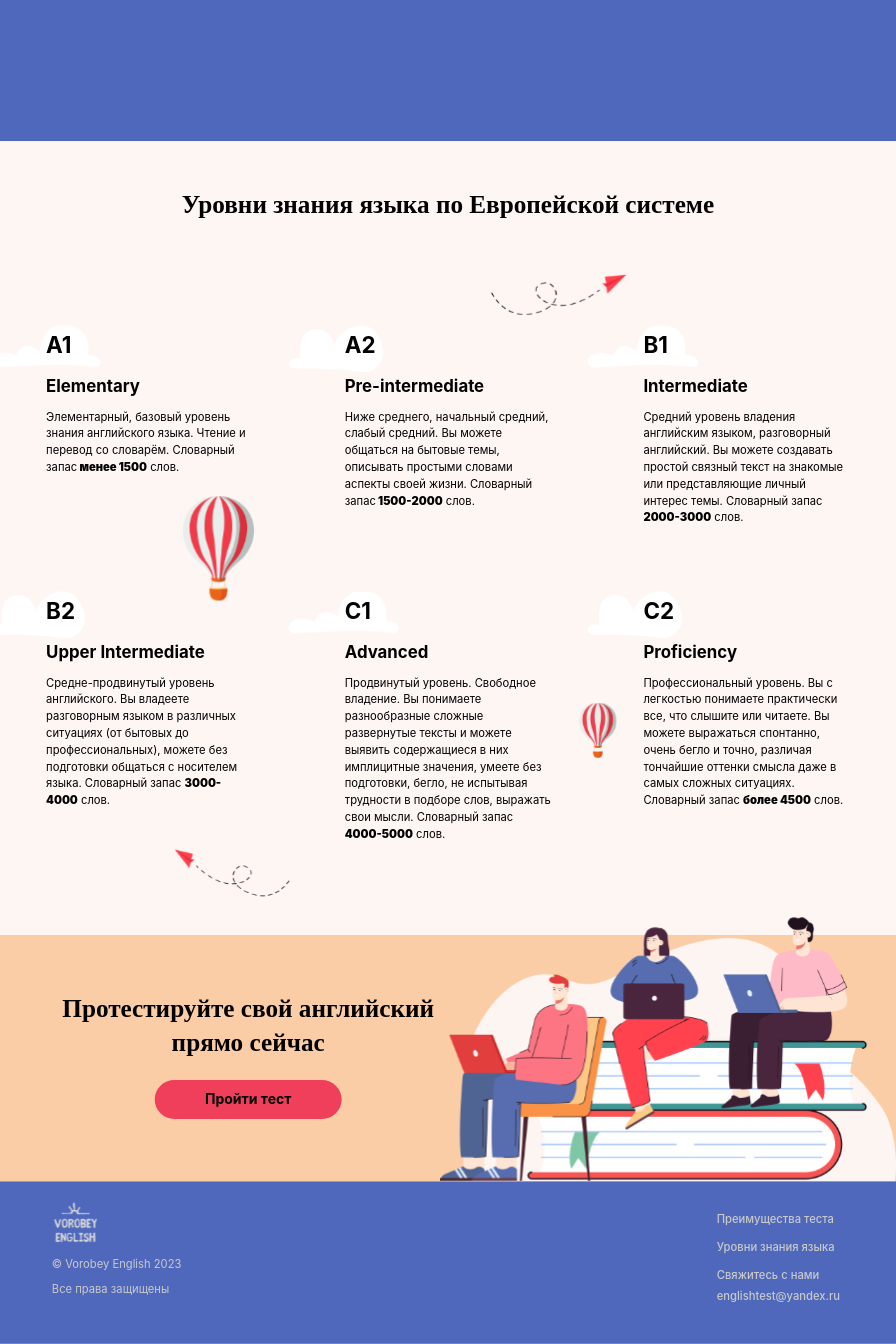
Repository: WladimirVA/PP-01-01_Dandelions
Page: Index.html
The author's editor kept a copy of each file at every save. The page is drawn from the files as they stood at one save, then again after the next save.
The browser window is 1280 px wide. The pictures show the part of the page from y = 2004 to 3924 px (the page is 3924 px tall), at 70% of full size.

Above is the page before, as saved 2023-02-14 17:59:32.

### Index.html
<!DOCTYPE html>
<html lang="ru">
<head>
    <meta charset="UTF-8">
    <meta http-equiv="X-UA-Compatible" content="IE=edge">
    <meta name="viewport" content="width=device-width, initial-scale=1.0">
    <link href="./static/css/style.css" rel="stylesheet" type="text/css">
    <link href="./static/css/fonts.css" rel="stylesheet" type="text/css">
    <link rel="icon" sizes="16x16" href="./static/img/Иконка _Лого_ (1_1).svg" type="image/x-icon">
    <title>Dandelions</title>
</head>
<body>
    <!-- <script src="./js/scrollButton.js"></script> -->
    <header class="header" di="HOME">
        <div class="section">
            <div class="section-header">
                <div class="logo">
                    <img src="./static/img/Иконка _Лого_ (1).svg">
                </div>
                <nav>
                    <ul class="header-nav">
                        <li><a class="link" href="#ADVAN_TEST">Преимущества теста</a></li>
                        <li><a class="link" href="#LANGUAGE_LEVELS">Уровни знания языка</a></li>
                        <li><a class="link" href="#FOOTER">Свяжитесь с нами</a></li>
                        <li><a class="link" href="#">О проекте</a></li>
                    </ul>
                </nav>
            </div>
        </div>
    </header>
    <main>
        <section class="HOME">
        <div class="section">
            <div class="content">
                <h1 class="title">
                    проверь свой уровень <br>английского
                </h1>
                <div class="section-home">

                    <div class="title-home">

                        <p class="home_p">
                            Пройдите наш <span  style="font-weight:900"> бесплатный <br></span> онлайн-тест и узнайте свой уровень <br>владения английским языком
                        </p>
                        <ul class="home_ul">
                            <li class="home_li"><img class="check" src="./static/img/Иконка _Галочка_ 3.svg">Без регистрации</li>
                            <li class="home_li"><img class="check" src="./static/img/Иконка _Галочка_ 3.svg">Без ограничений по времени</li>
                            <li class="home_li"><img class="check" src="./static/img/Иконка _Галочка_ 3.svg">По международным стандартам</li>
                        </ul>
                        <div class="buttonsHome">
                            <form action="./name.html">
                                <button class="button_home">Пройти тест</button>
                            </form>
                        </div>
                    </div>
                    <div class="image-home">
                        <img src="./static/img/иллюстр 6 (1).svg">
                    </div>
                </div>
            </div>

        </div>
        </section>
        <section class="WHY-TEST">
            <div class="section">
                <div class="">
                    <div class="section-home-1">
                        <h1 class="title_2">Почему важно знать<br>свой уровень английского?</h1>
                        <div class="section-home-2">
                            <div class="image-home-2">
                                <img src="./static/img/иллюстр 2 1.svg">
                            </div>
                            <div class="home_p home-text">
                                <p>Если Вы решили улучшить свой английский, перед началом обучения всегда надо определить свой уровень знаний.</p>
                                <p class="p-text">Тест на определение уровня английского языка позволяет понять, с какого уровня следует начинать занятия, помогает преподавателю грамотно составить программу обучения, оценить сильные стороны ученика.</p>
                            </div>
                        </div>
                    </div>
                </div>
            </div>
        </section>
        <section class="ADVAN_TEST" id="ADVAN_TEST">
            <div class="section">
                <div class="content">
                    <div class="content_img">
                        <img class="rot-sheet" src="./static/img/shestirenki/Vector (3).png">
                        <img class="rot-sheet-1" src="./static/img/shestirenki/Vector (4).png">
                        <img class="rot rot-img1" src="./static/img/shestirenki/Vector (5).svg">
                        <img class="rot1 rot-img2" src="./static/img/shestirenki/Vector (7).svg">
                        <img class="rot rot-img3" src="./static/img/shestirenki/Vector (6).svg">
                    </div>
                    <div class="text_test">
                        <h1 class="title_3">Преимущества тестирования</h1>
                    </div>
                    <div class="content-ADVAN_TEST">
                        <div class="quality test-info">
                            <img src="./static/img/Mask group 1.svg">
                            <h3 class="advan-test">Стандарт качества</h3>
                            <p class="advan-test-p">Тест содержит 60 вопросов и разработан в соответствии с международной классификацией CEFR*. </p>
                        </div>
                        <div class="free test-info">
                            <img src="./static/img/Mask group2 1.svg">
                            <h3 class="advan-test">Полностью бесплатно</h3>
                            <p class="advan-test-p">Проверьте свой уровень английского бесплатно — регистрироваться и вводить email не нужно.</p>
                        </div>
                        <div class="availability test-info">
                            <img src="./static/img/Mask group1 1.svg">
                            <h3 class="advan-test">Доступность</h3>
                            <p class="advan-test-p">Тестирование можно пройти с любого устройства: компьютера, планшета или смартфона. Нужен только интернет.</p>
                        </div>
                    </div>
                    <p class="advan-test-p advan-test-p-2">*Общеевропейские компетенции владения иностранным языком (CEFR) – признанный во всём мире стандарт для описания уровней владения иностранным языком. </p>
                </div>
            </div>
        </section>
        <section class="LANGUAGE_LEVELS" id="LANGUAGE_LEVELS">
            <div class="section">
                <div class="content">
                    <div class="text_test">
                        <h1 class="title_3">Уровни знания языка по Европейской системе</h1>
                        <img src="./static/img/иллюстр 1 1.svg">
                    </div>
                    <div class="container">
                        <div class="box-1 container-box">
                            <img class="cloud" src="./static/img/Vector 5.svg">
                            <h3>А1</h3>
                            <p class="container-box-p">Elementary</p>
                            <p class="container-box-p2">Элементарный, базовый уровень знания английского языка. Чтение и перевод со словарём. Словарный запас<span  style="font-weight:900"> менее 1500</span> слов.</p>
                            <img class="ball" src="./static/img/иллюстр 3 1.svg">
                        </div>
                        <div class="box-1 container-box">
                            <img class="cloud" src="./static/img/Vector 1 1.png">
                            <h3>А2</h3>
                            <p class="container-box-p">Pre-intermediate</p>
                            <p class="container-box-p2">Ниже среднего, начальный средний, слабый средний. Вы можете общаться на бытовые темы, описывать простыми словами аспекты своей жизни. Словарный запас<span  style="font-weight:900"> 1500-2000</span> слов.</p>
                        </div>
                        <div class="box-1 container-box">
                            <img class="cloud" src="./static/img/Vector 5.svg">
                            <h3>B1</h3>
                            <p class="container-box-p">Intermediate</p>
                            <p class="container-box-p2">Средний уровень владения английским языком, разговорный английский. Вы можете создавать простой связный текст на знакомые или представляющие личный интерес темы. Словарный запас<span  style="font-weight:900"> 2000-3000</span> слов.</p>
                        </div>
                        <div class="box-1 container-box">
                            <img class="cloud" src="./static/img/Vector 1 1.png">
                            <h3>B2</h3>
                            <p class="container-box-p">Upper Intermediate</p>
                            <p class="container-box-p2">Средне-продвинутый уровень английского. Вы владеете разговорным языком в различных ситуациях (от бытовых до профессиональных), можете без подготовки общаться с носителем языка. Словарный запас <span  style="font-weight:900">3000-4000</span> слов.</p>
                            <img class="ball-2" src="./static/img/иллюстр 5 1.svg">
                        </div>
                        <div class="box-1 container-box">
                            <img class="cloud" src="./static/img/Vector 5.svg">
                            <h3>C1</h3>
                            <p class="container-box-p">Advanced</p>
                            <p class="container-box-p2">Продвинутый уровень. Свободное владение. Вы понимаете разнообразные сложные развернутые тексты и можете выявить содержащиеся в них имплицитные значения, умеете без подготовки, бегло, не испытывая трудности в подборе слов, выражать свои мысли. Словарный запас <span  style="font-weight:900">4000-5000</span> слов.</p>
                            <img class="ball-3" src="./static/img/иллюстр 4 1.svg">
                        </div>
                        <div class="box-1 container-box">
                            <img class="cloud" src="./static/img/Vector 1 1.png">
                            <h3>C2</h3>
                            <p class="container-box-p">Proficiency</p>
                            <p class="container-box-p2">Профессиональный уровень. Вы с легкостью понимаете практически все, что слышите или читаете. Вы можете выражаться спонтанно, очень бегло и точно, различая тончайшие оттенки смысла даже в самых сложных ситуациях. Словарный запас <span  style="font-weight:900">более 4500</span> слов.</p>
                        </div>
                      </div>
                </div>
            </div>
        </section>
        <section class="TEST">
            <div class="section">
                <div class="content">
                    <div class="test-now">
                        <div class="test-now-text">
                            <h1 class="title_3">Протестируйте свой английский<br> прямо сейчас</h1>
                            <form href="" action="./name.html">
                                <button class="button test_button">Пройти тест</button>
                            </form>
                            <!-- <button class="button test_button" type="submit">Пройти тест</button> -->
                        </div>
                        <div class="test-now-img">
                            <img src="./static/img/Group 78 1 (1).svg">
                        </div>
                    </div>
                </div>
            </div>
        </section>
    </main>
    <footer class="FOOTER" id="FOOTER">
        <div class="section">
            <div class="section-footer">
                <div class="footer-logo">
                    <img src="./static/img/Vector (3).svg">
                    <p class="footer-logo-p">© Vorobey English 2023</p>
                    <p class="footer-logo-p2">Все права защищены</p>
                </div>
                <div class="footer-navi">
                    <nav>
                        <ul class="footer-nav">
                            <li><a class="footer-link" href="#ADVAN_TEST">Преимущества теста</a></li>
                            <li><a class="footer-link" href="#LANGUAGE_LEVELS">Уровни знания языка</a></li>
                            <li><a class="footer-link" href="#FOOTER">Свяжитесь с нами</a></li>
                        </ul>
                    </nav>
                    <p><a class="footer-link" href="mailto:englishtest@yandex.ru">englishtest@yandex.ru</a></p>
                </div>

            </div>
        </div>
    </footer>
</body>
<!-- <script>
const goTopBtn = document.querySelector(".button");

goTopBtn.addEventListener("click", goTop);

function goTop() {

  if (window.pageYOffset > 0) {
    window.scrollBy(0, -10); // второй аргумент - скорость
    setTimeout(goTop, 0); // входим в рекурсию
  }
}

$(function() {

});
</script> -->
</html>

### static/css/style.css
body {
    scroll-behavior: smooth;
    align-items: center;
    width: 100%;
    max-width: 1366px;
    margin: auto;
    font-family: 'Inter', 'Work Sans', "NunitoSans-Light", Arial, Helvetica, sans-serif;
}

.section {
    margin: 0 auto;
    max-width: 1366px;
}

* {
    margin: 0;
    padding: 0;
}
.header {
    margin-left: 59px;
    margin-right: 92px;
    background-color: #FEF6F3;
}
.section-header {
    justify-content: space-between;
    height: 83px;
    width: 100%;
    display: flex;
    align-items: center;
}
.logo {
    width: 84px;
    height: auto;
}
.header-nav {
    display: flex;
    list-style-type: none;
}
.link {
    text-decoration: none;
    /* cursor: pointer; */
    font-family: 'Inter';
    font-weight: 500;
    font-size: 16px;
    line-height: 19px;
    color: #000000;
}
.header-nav li {
    margin-right: 35px;
}

.HOME {
    margin-top: 64px;
    margin-left: 93px;
    margin-right: 92px;
    background-color: #FEF6F3;
}
.section-home {
    align-items: center;
    display: flex;
    justify-content: space-between;
    margin-top: -90px;
}


.title {
    font-family: 'Work Sans';
    font-style: normal;
    font-weight: 600;
    font-size: 40px;
    line-height: 48px;
    display: flex;
    align-items: center;
    letter-spacing: 0.02em;
    text-transform: uppercase;
}
.home_p {
    font-family: 'Work Sans';
    font-style: normal;
    font-weight: 400;
    font-size: 20px;
    line-height: 24px;
    margin-top: 43px;
}

.home_ul {
    margin-top: 35px;
}
.home_li {
    list-style-type: none;
    margin-top: 12px;
    font-family: 'Inter';
    font-style: normal;
    font-weight: 400;
    font-size: 16px;
    line-height: 20px;
}

.check {
    margin-bottom: -7px;
    margin-right: 16px;
}

.buttonsHome {
    margin-top: 68px;
}
.button_home {
    background: #FBC815;
    border-radius: 50px;
    width: 267px;
    height: 56px;
    font-family: 'Inter';
    font-style: normal;
    font-weight: 700;
    font-size: 20px;
    line-height: 24px;
    border: 0;
    cursor: pointer;
}

.button_home:hover {
    background-color: #BC9F3B;
}

.button_home:active {
    background-color: #FDE07D;
}

.image-home {
    max-width: 747px;
    max-height: 496px;
}

.title_2 {
    display: block;
    margin-top: 100px;
    padding-top: 68px;
    text-transform: none;
    font-family: 'Work Sans';
    font-style: normal;
    font-weight: 800;
    font-size: 36px;
    line-height: 48px;
    align-items: center;
    text-align: center;
}

.WHY-TEST {
    background-color: #FDE4D3;
    Height: 616px;
}

.section-home-2 {
    align-items: center;
    display: flex;
    justify-content: space-around;
    margin-top: 20px;
}

.home-text {
    width: 490px;
}

.p-text {
    margin-top: 32px;
}

.ADVAN_TEST {
    background: #4F68BB;
    color: white;
    height: 712px;
    padding-top: 63px;
    /* margin-top: 120px; */
}

.content_img {
    margin-top: -215px;
    text-align: end;
    margin-right: 50px;
}

.rot-sheet {
    margin: 0 -34px 90px 0px;
}

.rot-sheet-1 {
    margin: 0 -35px 90px 0px;
}

.rot-img1 {
    width: 117px;
    margin-top: 11px;
    margin-right: -20px;
}

.rot-img2 {
    width: 65px;
    margin-bottom: -35px;
}

.rot-img3 {
    width: 78px;
    margin-bottom: 20px;
    margin-left: -20px;
}

img.rot {
    animation: 1s linear 0s normal none infinite running rot;
    -webkit-animation: 4s linear 0s normal none infinite running rot;
    /* width: 100px; */
  }
  @keyframes rot {
    0% {
      transform: rotate(0deg);
    }
    100% {
      transform: rotate(360deg);
    }
  }
  @-webkit-keyframes rot {
    0% {
      transform: rotate(0deg);
    }
    100% {
      transform: rotate(360deg);
    }
  }

  img.rot1 {
    animation: 1s linear 0s normal none infinite running rot1;
    -webkit-animation: 4s linear 0s normal none infinite running rot1;
    /* width: 100px; */
  }
  @keyframes rot1 {
    0% {
      transform: rotate(360deg);
    }
    100% {
      transform: rotate(0deg);
    }
  }
  @-webkit-keyframes rot1 {
    0% {
      transform: rotate(0deg);
    }
    100% {
      transform: rotate(360deg);
    }
  }


.content-ADVAN_TEST {
    display: flex;
    justify-content: space-evenly;
    margin-top: 75px;
}

.test-info {
   width: 300px;
}



.title_3 {
    display: block;
    text-transform: none;
    font-family: 'Work Sans';
    font-style: normal;
    font-weight: 800;
    font-size: 36px;
    line-height: 48px;
    align-items: center;
    text-align: center;
}

.advan-test {
    margin: 30px 0 30px 0;
    font-style: normal;
    font-weight: 700;
    font-size: 24px;
    line-height: 32px;
}

.advan-test-p {
    font-style: normal;
    font-weight: 400;
    font-size: 18px;
    line-height: 24px;
}

.advan-test-p-2 {
    margin: 65px 0 0 115px;
    max-width: 1117px;
}

.container {
    display: grid;
    grid-template-columns: repeat(3, 295px);
    justify-items: stretch;
    justify-content: space-around;;
    grid-template-rows: 100px 100px 100px;
    row-gap:  280px;
    margin-top: -30px;
}

.text_test img {
    margin-left: 700px;
}

.container-box h3 {
    font-style: normal;
    font-weight: 700;
    font-size: 32px;
    line-height: 36px;
}

.container-box-p {
    font-style: normal;
    font-weight: 700;
    font-size: 24px;
    line-height: 32px;
    margin: 60px 0 15px 0;
}

.container-box-p2 {
    font-style: normal;
    font-weight: 400;
    font-size: 16px;
    line-height: 24px;
}

.LANGUAGE_LEVELS {
    background-color:  #FEF6F3;
}

.content {
    padding-top: 66px;
}

.container-box {
    position: relative;
}

.box-1 h3 {
    position: absolute;
}

.cloud {
    margin: -11px 0 0 -80px;
    position: absolute;
}

.ball {
    display: block;
    position: inherit;
    margin-left:195px;
    margin-top: 30px;
}

.ball-2 {
    margin-left: 180px;
}

.ball-3 {
    display: block;
    margin-left: 335px;
    margin-top: -199px;
}

.button {
    text-align: center;
    background: #F03F5A;
    cursor: pointer;
    border-radius: 30px;
    border: 0;
}

.TEST {
    background-color: #FBCDA6;
    height: 352px;
}

.test_button {
    margin-top: 30px;
    width: 267px;
    height: 56px;
    font-family: 'Inter';
    font-style: normal;
    font-weight: 700;
    font-size: 20px;
    line-height: 24px;
}

.test_button:hover {
    background-color: #B45060;
}

.test_button:active {
    background-color: #F893A3;
}

.test-now {
    display: flex;
    justify-content: space-between;
    margin-left: 89px;
}

.test-now-text {
    text-align: center;
    margin-top: 15px;
}

.test-now-img {
    margin-top: -159px;
}

.FOOTER {
    background: #4F68BB;
    height: 232px;
    color: #C9C9C9;
}

.footer-logo-p {
    margin-top: -65px;
    margin-left: 74px;
}

.footer-logo-p2 {
    margin-top: 16px;
    margin-left: 74px;
}


.section-footer {
    display: flex;
    justify-content: space-between;
    align-items: center;
    max-width: 1200px;
}

.footer-logo {
    margin-top: -37px;
}

.footer-logo img {
    margin-top: -20px;
}

.footer-navi {
    margin-top: 34px;
}

.footer-nav {
    display: grid;
    list-style-type: none;
    line-height: 2.5;
}

.footer-link {
    text-decoration: none;
    font-family: 'Inter';
    font-weight: 500;
    font-size: 16px;
    line-height: 19px;
    color: #C9C9C9;
    list-style-type: none;
}

### static/css/fonts.css
/* @import url('https://fonts.googleapis.com/css2?family=Work+Sans:ital,wght@0,600;0,800;1,800&display=swap'); */


/* @import url('https://fonts.googleapis.com/css2?family=Inter:wght@400;500;600;700;800&family=Work+Sans:ital,wght@0,600;0,800;1,800&display=swap'); */

/*
@import url('https://fonts.googleapis.com/css2?family=Inter:wght@100;200;300;400;500;600;700;800;900&display=swap');

@import url('https://fonts.googleapis.com/css2?family=Inter:wght@100;200;300;400;500;600;700;800;900&family=Work+Sans:ital,wght@0,100;0,200;0,300;0,400;0,500;0,600;0,700;0,800;0,900;1,100;1,200;1,300;1,400;1,500;1,600;1,700;1,800;1,900&display=swap'); */

After the next save:
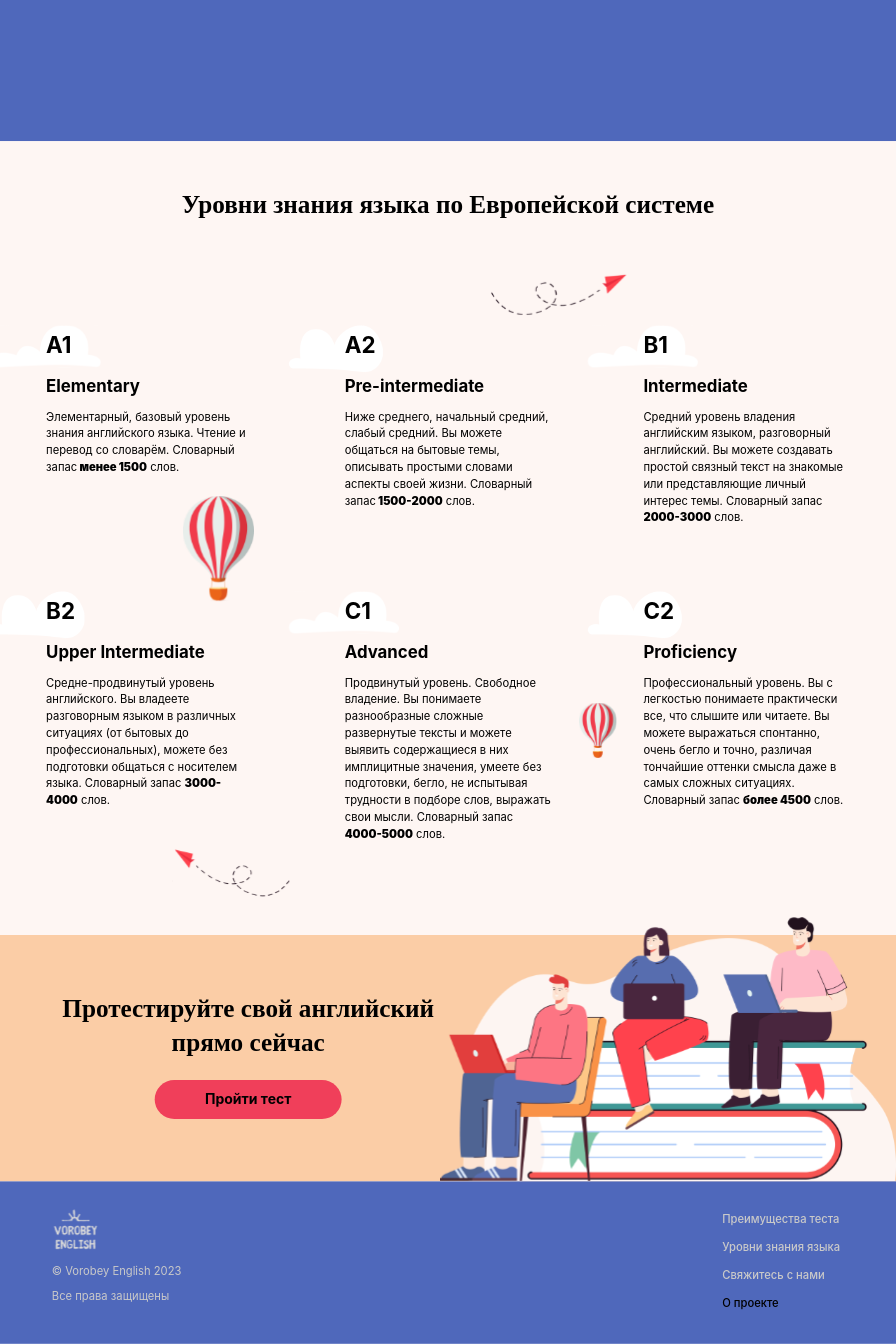
Saved 5 min 56 s later.
--- a/Index.html
+++ b/Index.html
@@ -196,10 +196,11 @@
                         <ul class="footer-nav">
                             <li><a class="footer-link" href="#ADVAN_TEST">Преимущества теста</a></li>
                             <li><a class="footer-link" href="#LANGUAGE_LEVELS">Уровни знания языка</a></li>
-                            <li><a class="footer-link" href="#FOOTER">Свяжитесь с нами</a></li>
+                            <li><a class="footer-link" href="mailto:englishtest@yandex.ru">Свяжитесь с нами</a></li>
+                            <li><a class="link" href="#">О проекте</a></li>
                         </ul>
                     </nav>
-                    <p><a class="footer-link" href="mailto:englishtest@yandex.ru">englishtest@yandex.ru</a></p>
+                    <!-- <p><a class="footer-link" href="mailto:englishtest@yandex.ru">englishtest@yandex.ru</a></p> -->
                 </div>
 
             </div>
